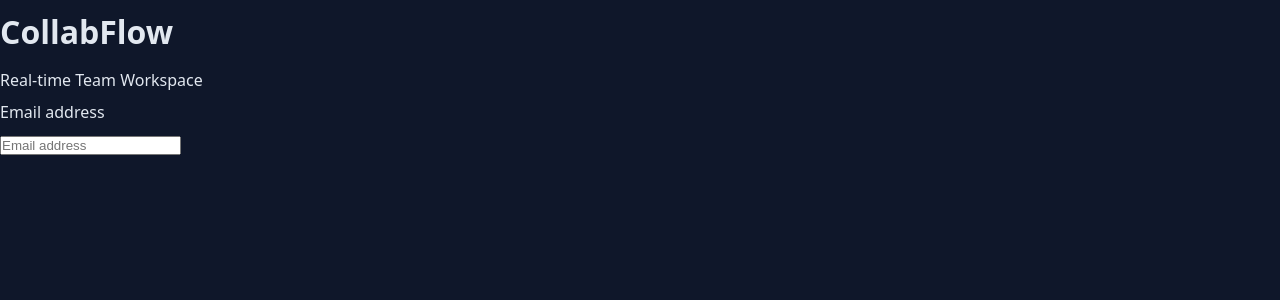
Repository: Lovethrech/collabflow
Page: /
An editor plug-in stored every save of this project. The page is shown before and after a run of saves, followed by the edit.
The browser window is 1280 px wide. The pictures show the whole page.
The project was rebuilt for these pictures with package versions that can differ from the ones it lists, and the page was loaded fresh each time. The framework's server and built-in components were replaced by stand-ins that run in the browser. Also part of the build but not shown: nuxt.config.ts.

Above is the page before, as saved 2026-05-20 19:10:35.

After the next 3 saves:
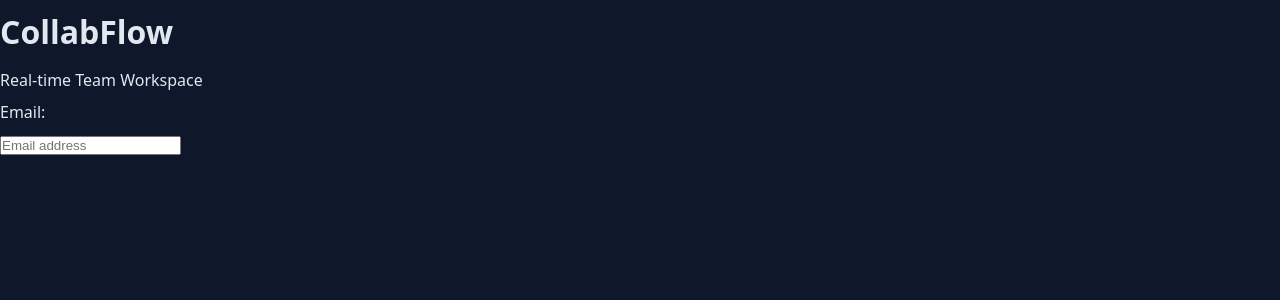
The 3 saves are shown as one change because they came seconds apart.
The last was saved 10 s later.
--- a/app/pages/index.vue
+++ b/app/pages/index.vue
@@ -18,8 +18,9 @@
             <form @submit.prevent="">
                 <div class="auth-form-label-and-input-ctn">
                     <label for="email">
-                        Email address
+                        Email:
                     </label>
+
                 </div>
                 <input
                     v-model="email"
